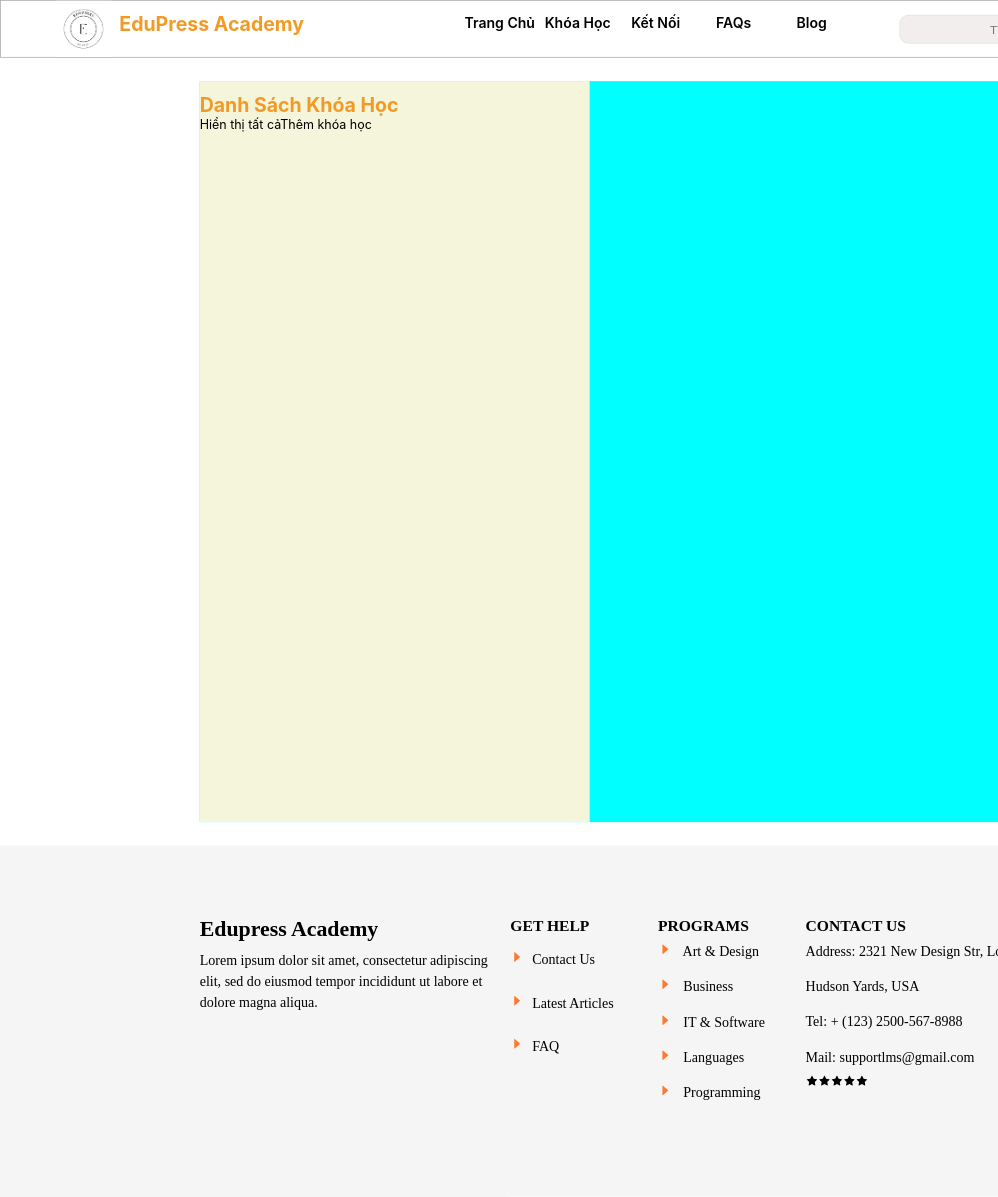
Repository: hieu1802/WebsiteEdupress
Page: /Management (app in my-app/Fontend/)
An editor plug-in stored every save of this project. The page is shown before and after the next save, followed by the edit.
The browser window is 1280 px wide. The pictures show the whole page, at 78% of full size.
The project was rebuilt for these pictures with package versions that can differ from the ones it lists, and the page was loaded fresh each time. Also part of the build but not shown: my-app/Fontend/src/App.css, my-app/Fontend/src/Components/data/topCategories.jsx, my-app/Fontend/src/Components/HomePage/ContainerPage.jsx, my-app/Fontend/src/Components/HomePage/HomePage.jsx, my-app/Fontend/src/Components/Login/Login.css, my-app/Fontend/src/Components/Modal/Modal.css, my-app/Fontend/src/Components/Modal/Modal.jsx, my-app/Fontend/src/Components/Login/Login.jsx and 41 more.

Above is the page before, as saved 2024-11-03 12:23:22.

After the next save:
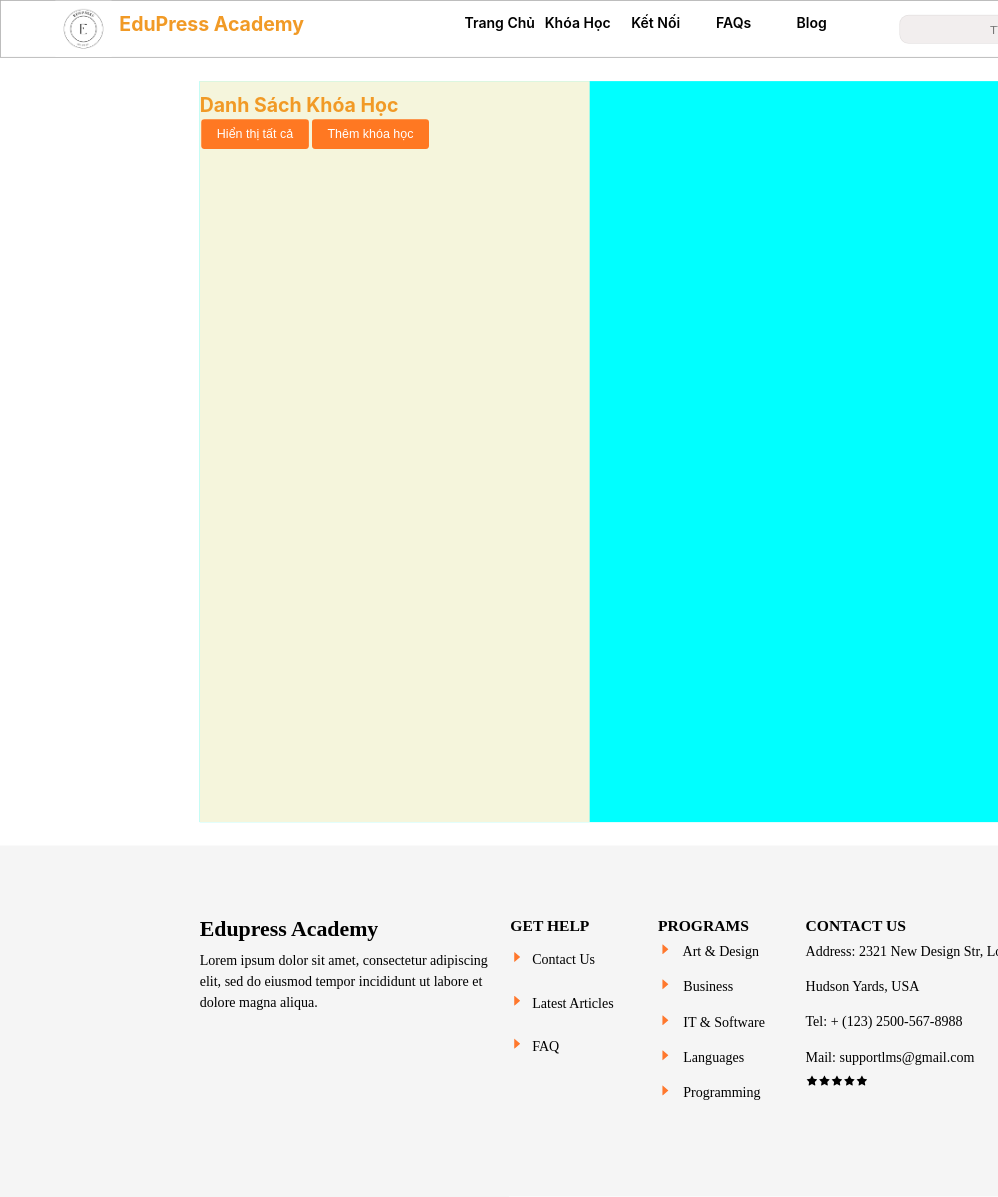
Saved 41 s later.
--- a/my-app/Fontend/src/Components/Management/ManagementCourse.jsx
+++ b/my-app/Fontend/src/Components/Management/ManagementCourse.jsx
@@ -6,8 +6,8 @@ function ManagementCourse() {
         <div className='courseTitle'>
             <h3>Danh Sách Khóa Học</h3>
             <div>
-              <span>Hiển thị tất cả</span>
-              <span>Thêm khóa học</span>
+              <button>Hiển thị tất cả</button>
+              <button>Thêm khóa học</button>
             </div>
         </div>
     </div>
